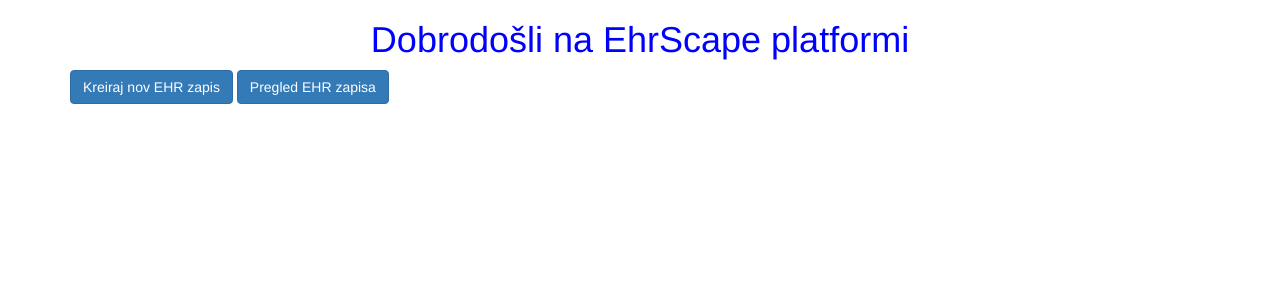
Repository: Denten7/oisdn4
Page: index.html
The author's editor kept a record of every edit. The page is drawn from the files as they stood at one moment, then again after the next edit.
The browser window is 1280 px wide. The pictures show the whole page.
Some web libraries are served in a nearby version.

Above is the page before.

After the next edit:
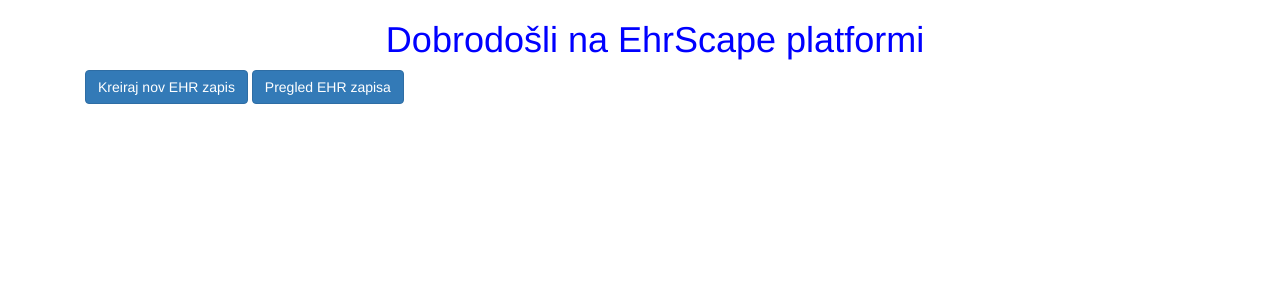
The edit:
--- a/index.html
+++ b/index.html
@@ -13,6 +13,7 @@
       <div class="container">
         <div class="wide-layout developers light">
           <div class="sec bg_gray center" id="secure_api">
+            <div class="w960 container">
               <center><h1 style= "color:blue">Dobrodošli na EhrScape platformi</h1></center>
               <div class="buttons">
                 <a href="index1.html" class="btn btn-primary">Kreiraj nov EHR zapis</a>
